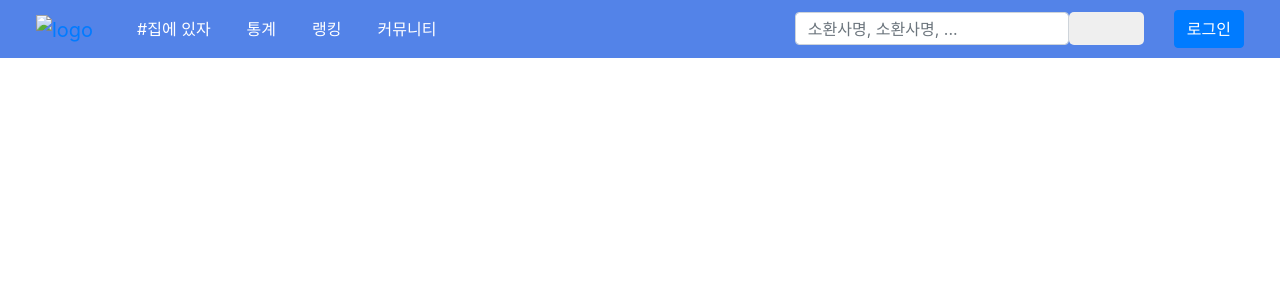
Repository: KuTaeMo/PROJECT---JAVA.GG
Page: http://localhost/javagg/layout/header.jsp
These files come from the project's save history. The page is drawn as it stood at one moment and after the next save; the edit follows.
The browser window is 1280 px wide. The pictures show the whole page.
The page is served by Tomcat 9.

Above is the page before, as saved 2021-03-09 08:34:51.
Not found: JSP/javagg/javagg/images/logo.svg
Not found: JSP/javagg/javagg/images/searchImage.svg

### JSP/javagg/WebContent/layout/header.jsp
<%@ page language="java" contentType="text/html; charset=UTF-8"
    pageEncoding="UTF-8"%>
<!DOCTYPE html>
<html>
<head>
<meta charset="UTF-8">
<title>java.gg</title>
<meta charset="utf-8">
  <meta name="viewport" content="width=device-width, initial-scale=1">
  <link rel="stylesheet" href="https://maxcdn.bootstrapcdn.com/bootstrap/4.5.2/css/bootstrap.min.css">
  <script src="https://ajax.googleapis.com/ajax/libs/jquery/3.5.1/jquery.min.js"></script>
  <script src="https://cdnjs.cloudflare.com/ajax/libs/popper.js/1.16.0/umd/popper.min.js"></script>
  <script src="https://maxcdn.bootstrapcdn.com/bootstrap/4.5.2/js/bootstrap.min.js"></script>
</head>

<style>

/* 헤더 배경색 : 5383E8, 배치  */
.navbar {
	background-color: #5383E8;
	display: flex;
	justify-content: space-between;
}

.header-ul {
	display: flex;
}

/* 헤더 글자 하얀색 */
.nav-link {
	color: white;
}

/* 헤더 메뉴 센터 맞추기 */
.nav-item {
	display: flex;
	justify-content: center;
	align-items: center;
	margin-left: 20px;
}

.navbar-brand {
	margin-left: 20px;
}

.login-btn {
	margin-right: 20px;
}

/* 헤더 검색 다자인 */
.btn_image {
	background-image: url("../images/searchImage.svg");
	background-size: cover;
	height: 33px;
	width: 75px;
	border: 0;
	border-radius: 5px;
	margin-right: 30px;
}

.form-control {
	height: 33px;
}

.header-btn {
	display: flex;
}

</style>

<body>

<nav class="navbar navbar-expand-sm">

<div class="header-ul">

  <a class="navbar-brand" href="#">
    <img src="../images/logo.svg" alt="logo" style="width:40px;">
  </a>

  <ul class="navbar-nav">
    <li class="nav-item">
      <a class="nav-link" href="#">#집에 있자</a>
    </li>
    <li class="nav-item">
      <a class="nav-link" href="#">통계</a>
    </li>
    <li class="nav-item">
      <a class="nav-link" href="#">랭킹</a>
    </li>
    <li class="nav-item">
      <a class="nav-link" href="#">커뮤니티</a>
    </li>
  </ul>
</div>

<div class="header-btn">
  <form class="form-inline" action="/action_page.php">
    <input class="form-control" type="text" placeholder="소환사명, 소환사명, ...">
    <button type="button" class="btn_image" id="img_btn"></button>
  </form>

  <div class="login-btn">
  	<button type="button" class="btn btn-primary btn-md">로그인</button>
  </div>
</div>

</nav>

</body>
</html>

### JSP/javagg/WebContent/assets/img/searchImage.svg
<?xml version="1.0" encoding="UTF-8"?>
<svg width="100px" height="45px" viewBox="0 0 100 45" version="1.1" xmlns="http://www.w3.org/2000/svg" xmlns:xlink="http://www.w3.org/1999/xlink">
    <!-- Generator: sketchtool 52.2 (67145) - http://www.bohemiancoding.com/sketch -->
    <title>6A425F27-5B27-423F-8D9A-0405251D3186</title>
    <desc>Created with sketchtool.</desc>
    <g id="desktop" stroke="none" stroke-width="1" fill="none" fill-rule="evenodd">
        <g id="index_black_asset" transform="translate(-1287.000000, -1410.000000)" fill="#5383e8" fill-rule="nonzero">
            <g id="Group-13" transform="translate(1287.000000, 1410.000000)">
                <path d="M53.0787105,19.5471333 C53.1260868,20.1011991 53.185958,20.9805004 53.2286487,22.2125817 C53.3010148,24.2799992 53.1916848,25.5465109 52.7835196,28.0424554 C51.128993,38.1401188 43.447262,44.4128214 32.7376118,44.4128214 C20.7061104,44.4128214 10.9169144,34.454469 10.9169144,22.2125817 C10.9169144,9.96963497 20.7061104,0.00916380298 32.7376118,0.00916380298 C39.1880792,0.00916380298 45.2751547,2.89443749 49.4343786,7.92552424 L50.0497501,8.66922247 L49.2547651,9.20845665 L42.1977768,13.9964113 L41.6079156,14.3963345 L41.1128071,13.8804071 C38.882476,11.5597932 35.9092218,10.4807951 32.7376118,10.4807951 C26.2725671,10.4807951 21.0122343,15.6337127 21.0122343,22.2125817 C21.0122343,28.7893319 26.2725671,34.1408868 32.7376118,34.1408868 C38.2030684,34.1408868 41.8281374,31.000298 42.5387821,27.4963351 L33.6226638,27.4963351 L33.6226638,19.5471333 L53.0787105,19.5471333 Z M98.9038411,19.5528011 C98.9506968,20.1068669 99.010568,20.9856385 99.0532587,22.2182495 C99.1256248,24.2851373 99.0168154,25.5521787 98.6081296,28.0475935 C96.953603,38.1457866 89.2723926,44.4184892 78.5617012,44.4184892 C66.5296792,44.4184892 56.742045,34.4601368 56.742045,22.2177198 C56.742045,9.97477306 66.5296792,0.0148315886 78.5617012,0.0148315886 C85.0126892,0.0148315886 91.0987235,2.90010528 95.2595093,7.93066232 L95.8748807,8.67436055 L95.0793751,9.21412444 L88.0229074,14.0015494 L87.4330462,14.4014726 L86.9379377,13.8855452 C84.7060447,11.5654609 81.7327906,10.4859332 78.5617012,10.4859332 C72.0971771,10.4859332 66.8368443,15.6388508 66.8368443,22.2177198 C66.8368443,28.7949996 72.0971771,34.1465546 78.5617012,34.1465546 C84.0276784,34.1465546 87.6537886,31.005436 88.3633921,27.5014732 L79.4472738,27.5014732 L79.4472738,19.5528011 L98.9038411,19.5528011 Z M4.6209666,35.3982877 C7.06266896,35.3982877 9.04935046,37.4190917 9.04935046,39.9033828 C9.04935046,42.3866145 7.06266896,44.4074184 4.6209666,44.4074184 C2.18030548,44.4074184 0.194144603,42.3866145 0.194144603,39.9033828 C0.194144603,37.4190917 2.18030548,35.3982877 4.6209666,35.3982877 Z" id="icon_gg"></path>
            </g>
        </g>
    </g>
</svg>

After the next save:
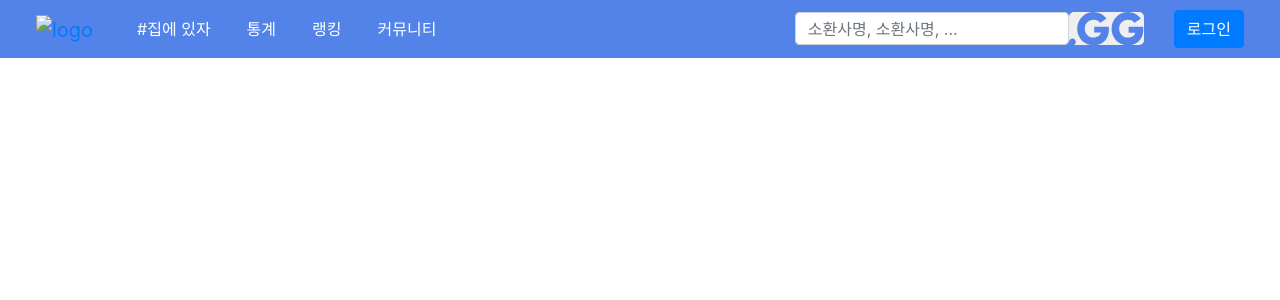
Saved 10 s later.
--- a/JSP/javagg/WebContent/layout/header.jsp
+++ b/JSP/javagg/WebContent/layout/header.jsp
@@ -49,7 +49,7 @@
 
 /* 헤더 검색 다자인 */
 .btn_image {
-	background-image: url("../images/searchImage.svg");
+	background-image: url("../assets/img/searchImage.svg");
 	background-size: cover;
 	height: 33px;
 	width: 75px;
